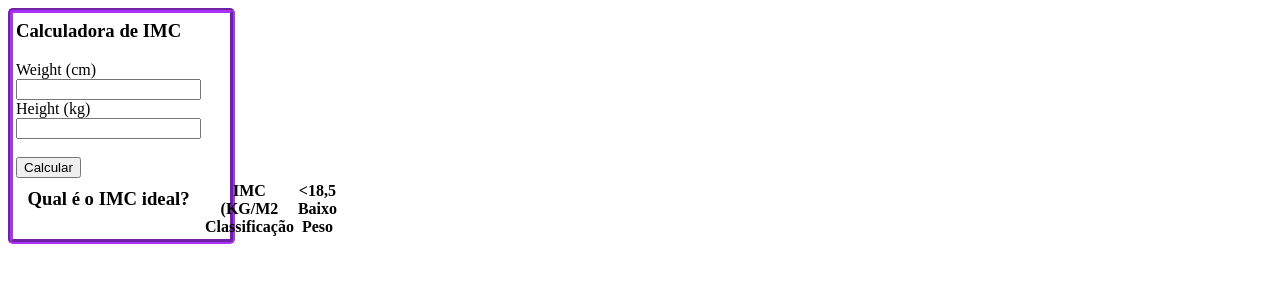
Repository: Patriciamativi/Projetos
Page: index.html
These files come from the project's save history. The page is drawn as it stood at one moment and after a run of saves; the edit follows.
The browser window is 1280 px wide. The pictures show the whole page.

Above is the page before, as saved 2022-11-21 15:19:47.

### index.html
<html>
    <head>
        <title>Calculadora de IMC</title>
        <meta charset="utf-8"/>

        <style type="text/css">

            p {
                border: 5px groove rgb(168, 50, 247);
                border-radius: 5px;
                width: 217px;
            }
            td {

                /*background-color: rgb(216, 166, 240);*/
            }

        </style>
    </head>
   <p>
<table border="0">
    <body>
         <th>
            <tr>
            <td> <h3>Calculadora de IMC</h3>

            Weight (cm)<br/>
            <input type: "number" > </br>

            Height (kg)<br/>
            <input type: "number" > </br> </br>

            <input type= "submit" value="Calcular"> </td>
            </tr>
          </th>
                <th> <h3>Qual é o IMC ideal?</h3></th>

                <th>IMC (KG/M2<br/>  Classificação</th>
                <th> <18,5            Baixo Peso </th>


    </table>
</p>



</body>
</html>

After the next 2 saves:
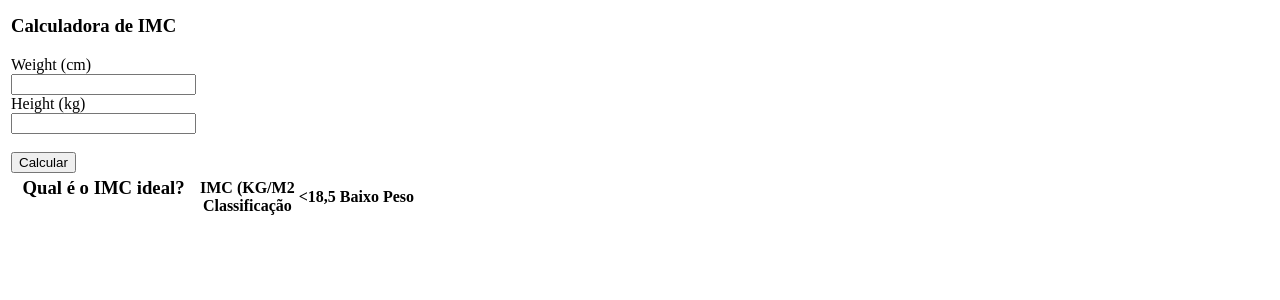
The 2 saves are shown as one change because they came seconds apart.
The last was saved 22 s later.
--- a/index.html
+++ b/index.html
@@ -6,7 +6,7 @@
         <style type="text/css">
 
             p {
-                border: 5px groove rgb(168, 50, 247);
+                /*border: 5px groove rgb(168, 50, 247);
                 border-radius: 5px;
                 width: 217px;
             }
